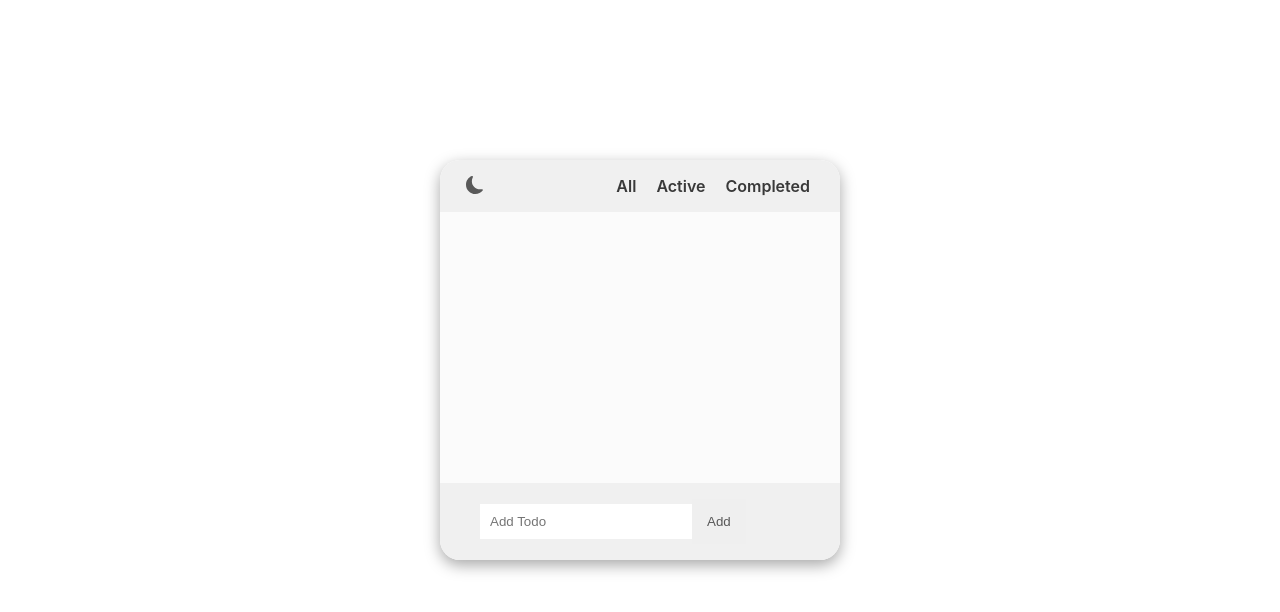
Repository: momo0170/react_todolist
Page: /
An editor plug-in stored every save of this project. The page is shown before and after a run of saves, followed by the edit.
The browser window is 1280 px wide. The pictures show the whole page.
The project was rebuilt for these pictures with package versions that can differ from the ones it lists, and the page was loaded fresh each time. Also part of the build but not shown: src/css/Todo.module.css, src/components/Todo.jsx.

Above is the page before, as saved 2022-11-02 13:03:16.

After the next 2 saves:
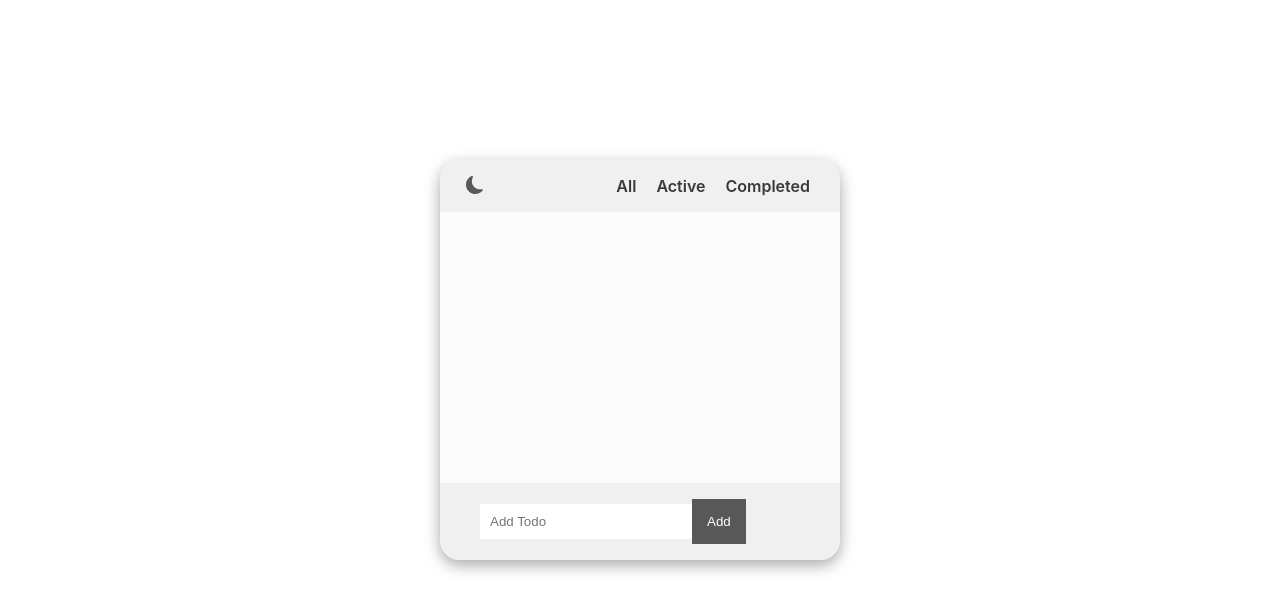
The 2 saves are shown as one change because they came seconds apart.
The last was saved 8 s later.
--- a/src/App.module.css
+++ b/src/App.module.css
@@ -54,5 +54,6 @@
 .addBtn {
   border: 0;
   padding: 15px;
-  color: #585858;
+  background-color: #585858;
+  color: white;
 }
